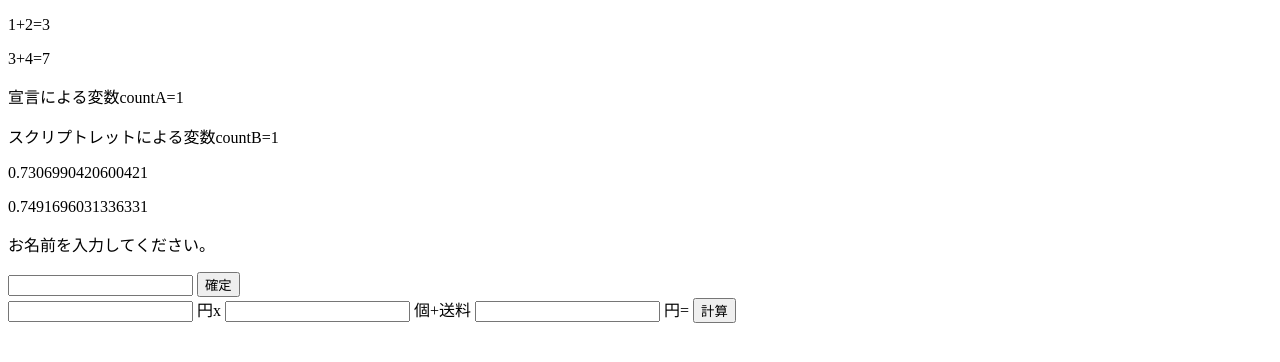
Repository: cha-git/test
Page: http://localhost/HelloJSP/
The author's editor kept a copy of each file at every save. The page is drawn from the files as they stood at one save, then again after the next save.
The browser window is 1280 px wide. The pictures show the whole page.
The page is served by Tomcat 9.

Above is the page before, as saved 2018-12-03 12:15:03.

### HelloJSP/WebContent/index.jsp
<%@ page language="java" contentType="text/html; charset=UTF-8"
    pageEncoding="UTF-8"%>
<!DOCTYPE html PUBLIC "-//W3C//DTD HTML 4.01 Transitional//EN" "http://www.w3.org/TR/html4/loose.dtd">
<html>
<head>
	<meta http-equiv="Content-Type" content="text/html; charset=UTF-8">
	<title>Insert title here</title>
</head>
<body>
	<%!
	static int add(int a, int b){
		return a+b;
	}
	%>

	<p>1+2=<%=add(1,2) %></p>
	<p>3+4=<%=add(3,4) %></p>

	<%!
	static int countA=0;
	%>
	<%
	int countB=0;
	countA++;
	countB++;
	%>

	<p>宣言による変数countA=<%=countA %></p>
	<p>スクリプトレットによる変数countB=<%=countB %></p>

	<p><%out.println(Math.random()); %></p>
	<p><%=Math.random() %></p>

	<p>お名前を入力してください。</p>
	<form method="post" action="greeting-out.jsp">
		<input type="text" name="user">
		<input type="submit" value="確定">
	</form>

	<form method="post" action="total-out.jsp">
		<input type="text" name="price">
		円x
		<input type="text" name="count">
		個+送料
		<input type="text" name="delivery">
		円=
		<input type="submit" value="計算">
	</form>
</body>
</html>

After the next save:
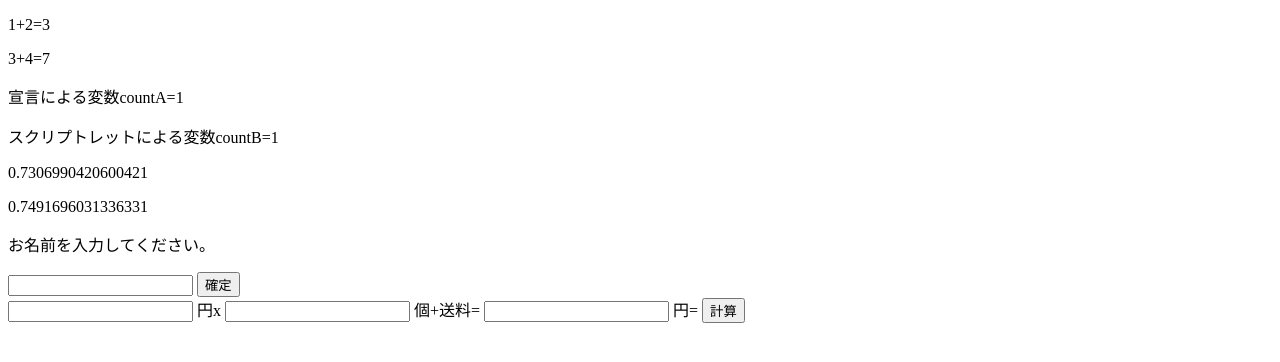
Saved 58 s later.
--- a/HelloJSP/WebContent/index.jsp
+++ b/HelloJSP/WebContent/index.jsp
@@ -41,7 +41,7 @@
 		<input type="text" name="price">
 		円x
 		<input type="text" name="count">
-		個+送料
+		個+送料=
 		<input type="text" name="delivery">
 		円=
 		<input type="submit" value="計算">
